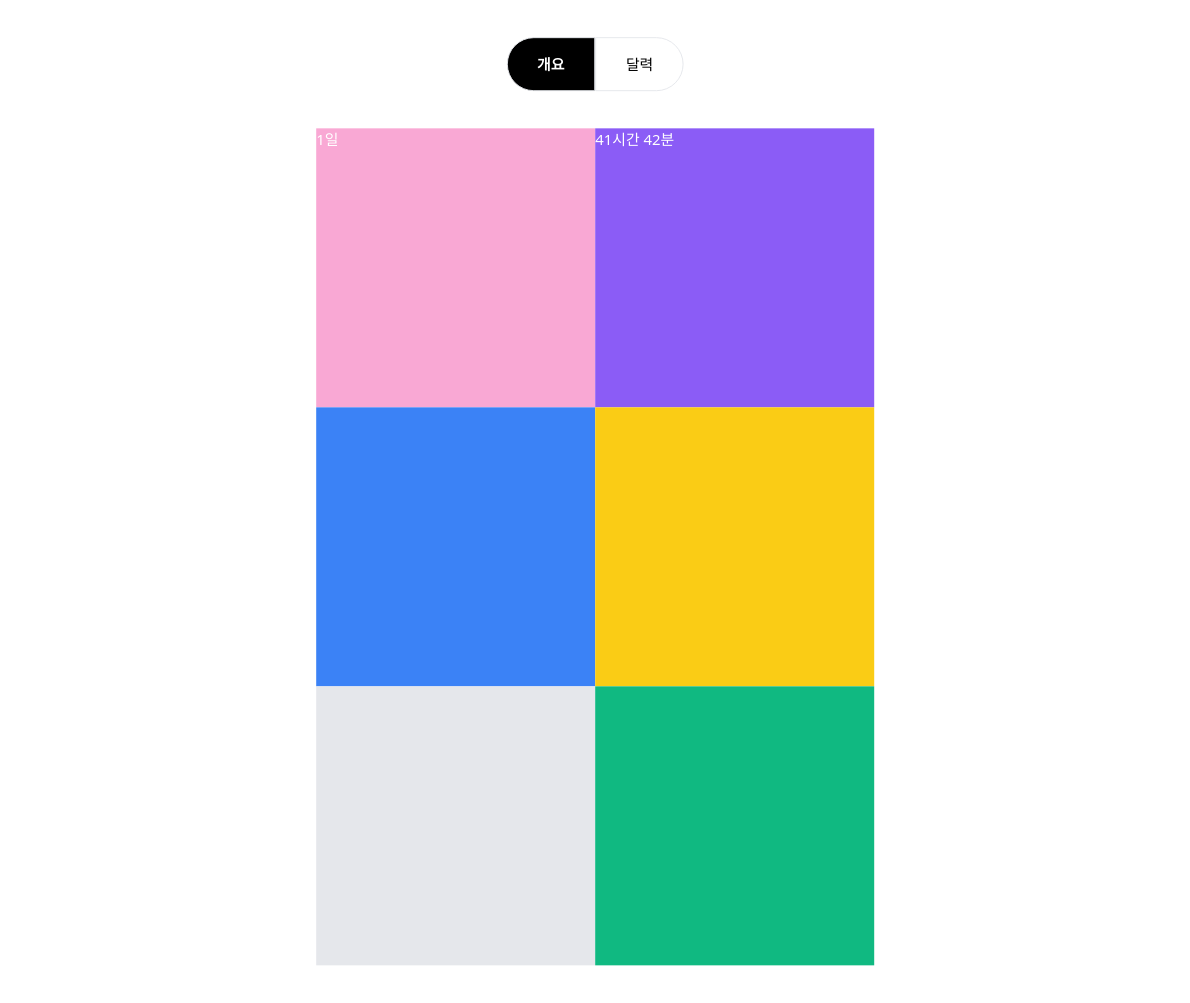
Repository: honey-punch/my-alcohol
Page: /
An editor plug-in stored every save of this project. The page is shown before and after the next save, followed by the edit.
The browser window is 1280 px wide. The pictures show the whole page, at 93% of full size.
The project was rebuilt for these pictures with package versions that can differ from the ones it lists, and the page was loaded fresh each time. The framework's server and built-in components were replaced by stand-ins that run in the browser. Also part of the build but not shown: next.config.ts, src/app/_component/Calendar.tsx.

Above is the page before, as saved 2025-02-10 15:47:44.

### src/app/page.tsx
"use client";

import { useState } from "react";
import Summary from "./_component/Summary";
import Calendar from "./_component/Calendar";

type ViewType = "summary" | "calendar";

export default function Home() {
  // useState
  const [viewType, setViewType] = useState<ViewType>("summary");

  // functions
  function handleChangeViewType() {
    if (viewType === "summary") {
      setViewType("calendar");
    } else {
      setViewType("summary");
    }
  }

  return (
    <div className="w-full flex flex-col items-center p-10 gap-10">
      <div onClick={handleChangeViewType} className="flex">
        <button
          className={`${
            viewType === "summary"
              ? "bg-black text-white font-black"
              : "hover:bg-black/20"
          } rounded-s-full border px-8 py-4 transition-colors`}
        >
          개요
        </button>
        <button
          className={`${
            viewType === "calendar"
              ? "bg-black text-white font-black"
              : "hover:bg-black/20"
          } rounded-e-full border px-8 py-4 transition-colors`}
        >
          달력
        </button>
      </div>
      {viewType === "summary" ? <Summary /> : <Calendar />}
    </div>
  );
}

### src/app/_component/Summary.tsx
const BOX_SIZE = 300;

export default function Summary() {
  const today = new Date();

  // TODO - DB에서 받아온 술마신 날들 중 가장 마지막 날
  const lastDay = new Date("2025-02-08T22:00:00");

  function getTimeDiff() {
    const diffMs = Math.abs(today.getTime() - lastDay.getTime());
    const hours = Math.floor(diffMs / (1000 * 60 * 60));
    const minutes = Math.floor((diffMs % (1000 * 60 * 60)) / (1000 * 60));

    return `${hours}시간 ${minutes}분`;
  }

  function getDayDiff() {
    const diffMs = Math.abs(today.getTime() - lastDay.getTime());
    const days = Math.floor(diffMs / (1000 * 60 * 60 * 24));

    return `${days}일 `;
  }

  console.log(getTimeDiff());
  console.log(getDayDiff());

  return (
    <div className="grid grid-cols-2">
      <div
        style={{ width: `${BOX_SIZE}px`, height: BOX_SIZE }}
        className="bg-pink-300 text-white"
      >
        {getDayDiff()}
      </div>
      <div
        style={{ width: `${BOX_SIZE}px`, height: BOX_SIZE }}
        className="bg-violet-500 text-white"
      >
        {getTimeDiff()}
      </div>
      <div
        style={{ width: `${BOX_SIZE}px`, height: BOX_SIZE }}
        className="bg-blue-500 text-white"
      ></div>
      <div
        style={{ width: `${BOX_SIZE}px`, height: BOX_SIZE }}
        className="bg-yellow-400 text-white"
      ></div>
      <div
        style={{ width: `${BOX_SIZE}px`, height: BOX_SIZE }}
        className="bg-gray-200 text-white"
      ></div>
      <div
        style={{ width: `${BOX_SIZE}px`, height: BOX_SIZE }}
        className="bg-emerald-500 text-white"
      ></div>
    </div>
  );
}

Loaded but not shown: src/app/layout.tsx (common file); src/app/globals.css (common file); tailwind.config.ts (common file)

After the next save:
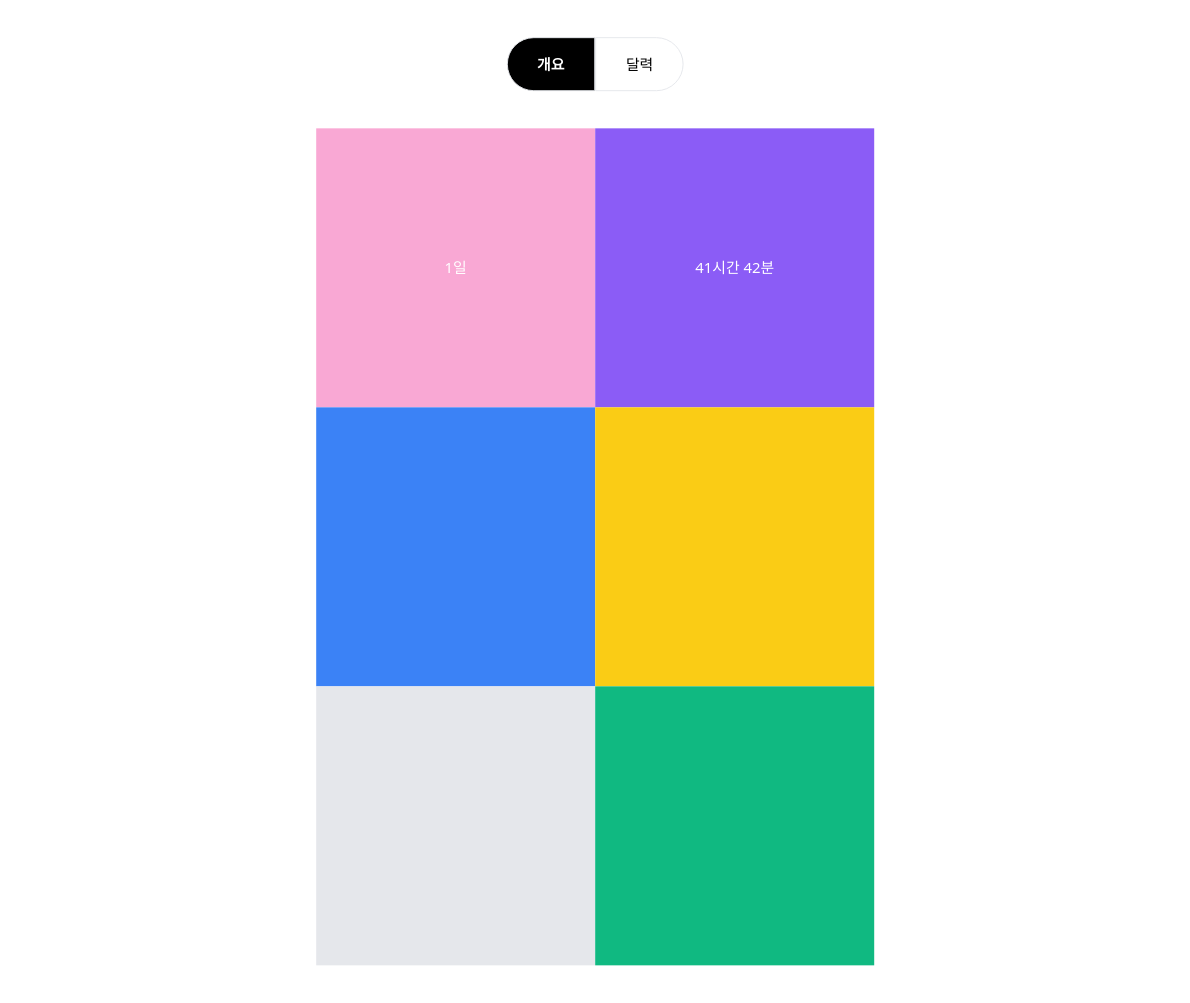
Saved 41 s later.
--- a/src/app/_component/Summary.tsx
+++ b/src/app/_component/Summary.tsx
@@ -28,31 +28,31 @@ export default function Summary() {
     <div className="grid grid-cols-2">
       <div
         style={{ width: `${BOX_SIZE}px`, height: BOX_SIZE }}
-        className="bg-pink-300 text-white"
+        className="bg-pink-300 text-white flex justify-center items-center"
       >
         {getDayDiff()}
       </div>
       <div
         style={{ width: `${BOX_SIZE}px`, height: BOX_SIZE }}
-        className="bg-violet-500 text-white"
+        className="bg-violet-500 text-white flex justify-center items-center"
       >
         {getTimeDiff()}
       </div>
       <div
         style={{ width: `${BOX_SIZE}px`, height: BOX_SIZE }}
-        className="bg-blue-500 text-white"
+        className="bg-blue-500 text-white flex justify-center items-center"
       ></div>
       <div
         style={{ width: `${BOX_SIZE}px`, height: BOX_SIZE }}
-        className="bg-yellow-400 text-white"
+        className="bg-yellow-400 text-white flex justify-center items-center"
       ></div>
       <div
         style={{ width: `${BOX_SIZE}px`, height: BOX_SIZE }}
-        className="bg-gray-200 text-white"
+        className="bg-gray-200 text-white flex justify-center items-center"
       ></div>
       <div
         style={{ width: `${BOX_SIZE}px`, height: BOX_SIZE }}
-        className="bg-emerald-500 text-white"
+        className="bg-emerald-500 text-white flex justify-center items-center"
       ></div>
     </div>
   );
